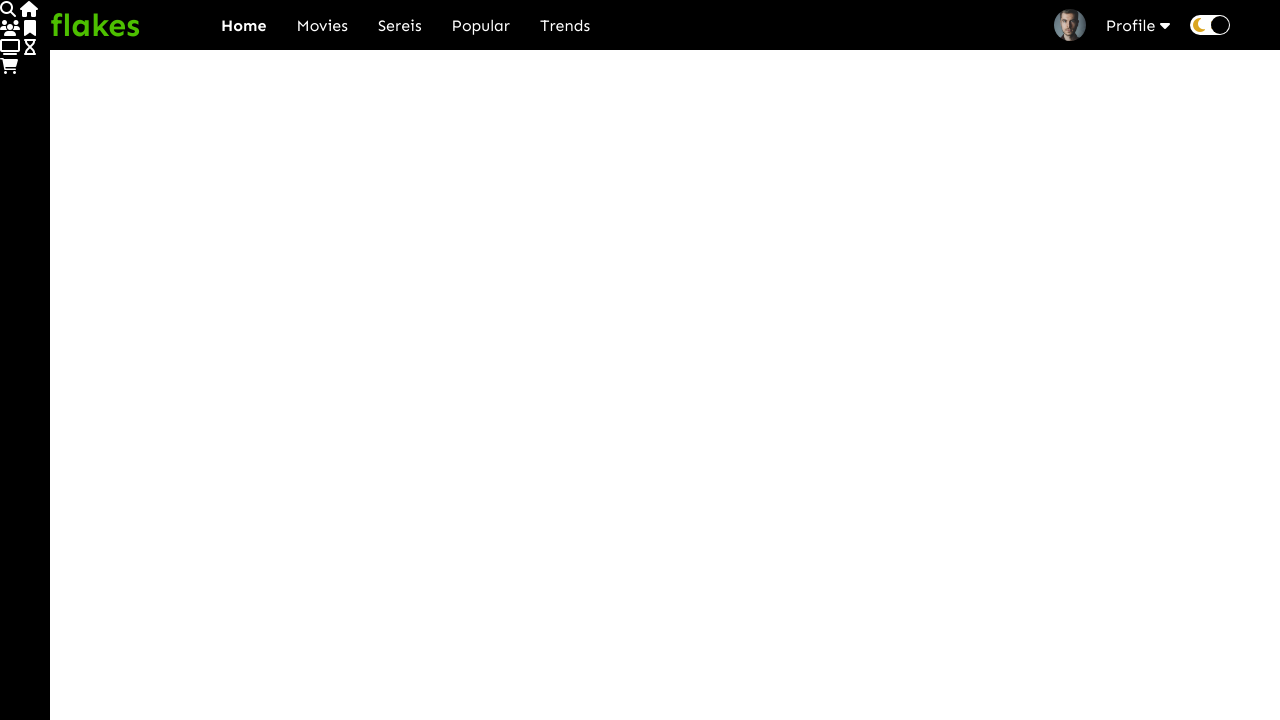
Repository: JulyK9/Movie-Website
Page: index.html
These files come from the project's save history. The page is drawn as it stood at one moment and after the next save; the edit follows.
The browser window is 1280 px wide. The pictures show the whole page.
Some web libraries are served in a nearby version.

Above is the page before, as saved 2022-07-03 22:13:05.

### index.html
<!DOCTYPE html>
<html lang="en">
<head>
    <meta charset="UTF-8">
    <meta http-equiv="X-UA-Compatible" content="IE=edge">
    <meta name="viewport" content="width=device-width, initial-scale=1.0">
    <title>Movie design</title>
    <link rel="stylesheet" href="style.css">

    <link rel="preconnect" href="https://fonts.googleapis.com">
    <link rel="preconnect" href="https://fonts.gstatic.com" crossorigin>
    <link href="https://fonts.googleapis.com/css2?family=Roboto:wght@100;300;400;500;700;900&family=Sen:wght@400;700;800&display=swap" rel="stylesheet">
    <link rel="stylesheet" href="https://cdnjs.cloudflare.com/ajax/libs/font-awesome/6.1.1/css/all.min.css">
</head>

<body>
    <nav class="navbar">
        <div class="navbar-container">
            <div class="logo-container"><h1 class="logo">flakes</h1></div>
            <div class="menu-container">
                <ul class="menu-list">
                    <li class="menu-list-item active">Home</li>
                    <li class="menu-list-item">Movies</li>
                    <li class="menu-list-item">Sereis</li>
                    <li class="menu-list-item">Popular</li>
                    <li class="menu-list-item">Trends</li>
                </ul>
            </div>
            <div class="profile-container">
                <img class="profile-picture" src="./img/profile.jpg" alt="profile">
                <div class="profile-text-container">
                    <span class="profile-text">Profile</span>
                    <i class="fa-solid fa-caret-down"></i>
                </div>
                <div class="toggle">
                    <i class="fa-solid fa-moon toggle-icon"></i>
                    <i class="fa-solid fa-sun toggle-icon"></i>
                    <div class="toggle-ball"></div>
                </div>
            </div>
        </div>
    </nav>
    <div class="sidebar">
        <i class="fa-solid fa-magnifying-glass"></i>
        <i class="fa-solid fa-house"></i>
        <i class="fa-solid fa-users"></i>
        <i class="fa-solid fa-bookmark"></i>
        <i class="fa-solid fa-tv"></i>
        <i class="fa-solid fa-hourglass"></i>
        <i class="fa-solid fa-cart-shopping"></i>
    </div>

</body>

</html>

### style.css
* {
    box-sizing: border-box;
    margin: 0;
    text-decoration: none;
    list-style: none;
}

body {
    font-family: 'Roboto', sans-serif;
    /* overflow: hidden; */
}

.navbar {
    width: 100%;
    height: 50px;
    background-color: black;
}

.navbar-container {
    height: 100%;
    display: flex;
    align-items: center;
    padding: 0 50px;
    color: white;
    font-family: 'Sen', sans-serif;
}

.logo-container {
    flex: 1;
}

.logo {
    font-size: 2rem;
    color: #4dbf00;
}

.menu-container {
    flex: 6;
}

.menu-list {
    display: flex;
    align-items: center;
}

.menu-list-item {
    margin-right: 30px;   /* item 간 간격 조정 */
}

.menu-list-item.active {  /* class 를 2개 부여해서 선택해 줌 */
    font-weight: bold;
}

.profile-container {
    flex: 2;
    display: flex;
    align-items: center;
    justify-content: flex-end;
}

.profile-picture {
    width: 32px;
    height: 32px;
    border-radius: 50%;
    object-fit: cover;   /* 가로세로 비율은 유지하면서 컨텐이너에 꽉 차게 설정 */
}

.toggle {
    width: 40px;
    height: 20px;
    background-color: white;
    border-radius: 30px;
    display: flex;
    justify-content: space-around;
    align-items: center;
    position: relative;  /* toggle-ball을 toggle내에서 움직이도록 설정 */
}

.toggle-icon {
    color: goldenrod;
}

.toggle-ball {
    width: 18px;
    height: 18px;
    background-color: black;
    border-radius: 50%;
    position: absolute;  /* 독립적이고 자유로운 배치권한 부여 */
    right: 1px;
    cursor: pointer;
}

.profile-text-container {
    margin: 0 20px;
}

.sidebar {
    width: 50px;
    height: 100%;
    background-color: black;
    position: fixed;   /* 스크롤바 생기는 부분 제거 및 사이드바 고정 */
    top: 0;     /* 사이드바 상단 고정 */
    color: white;
}

After the next save:
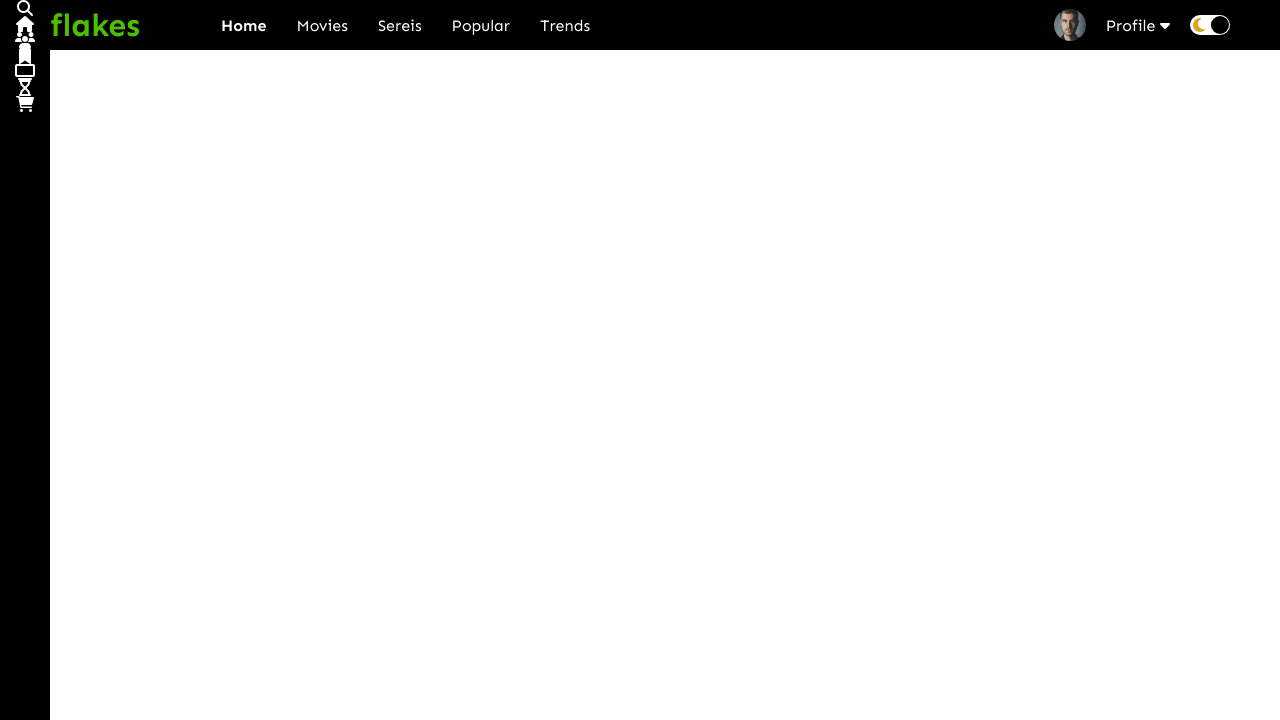
Saved 2 min 21 s later.
--- a/style.css
+++ b/style.css
@@ -101,4 +101,8 @@ body {
     position: fixed;   /* 스크롤바 생기는 부분 제거 및 사이드바 고정 */
     top: 0;     /* 사이드바 상단 고정 */
     color: white;
+    display: flex;
+    flex-direction: column;
+    justify-content: flex-start;
+    align-items: center;
 }
